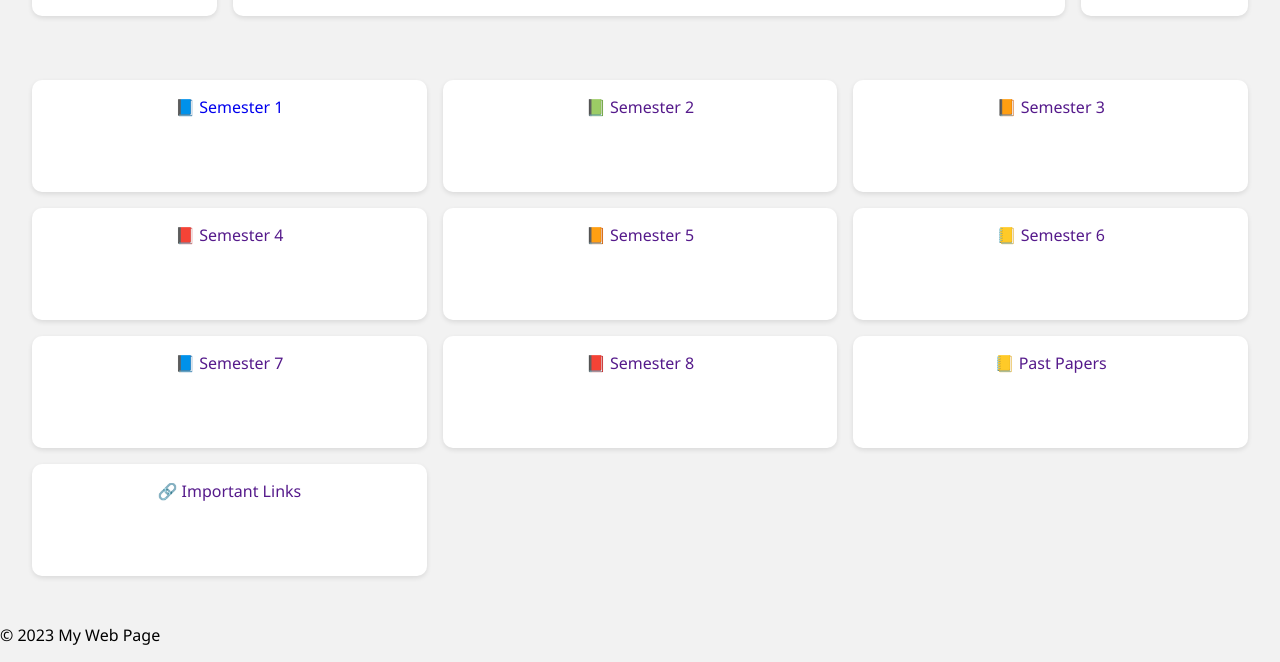
Repository: MariamSawera/eduNova
Page: index.html
These files come from the project's save history. The page is drawn as it stood at one moment and after the next save; the edit follows.
The browser window is 1280 px wide. The pictures show the part of the page from y = 1031 to 1693 px (the page is 1693 px tall).

Above is the page before, as saved 2025-07-21 17:15:44.

After the next save:
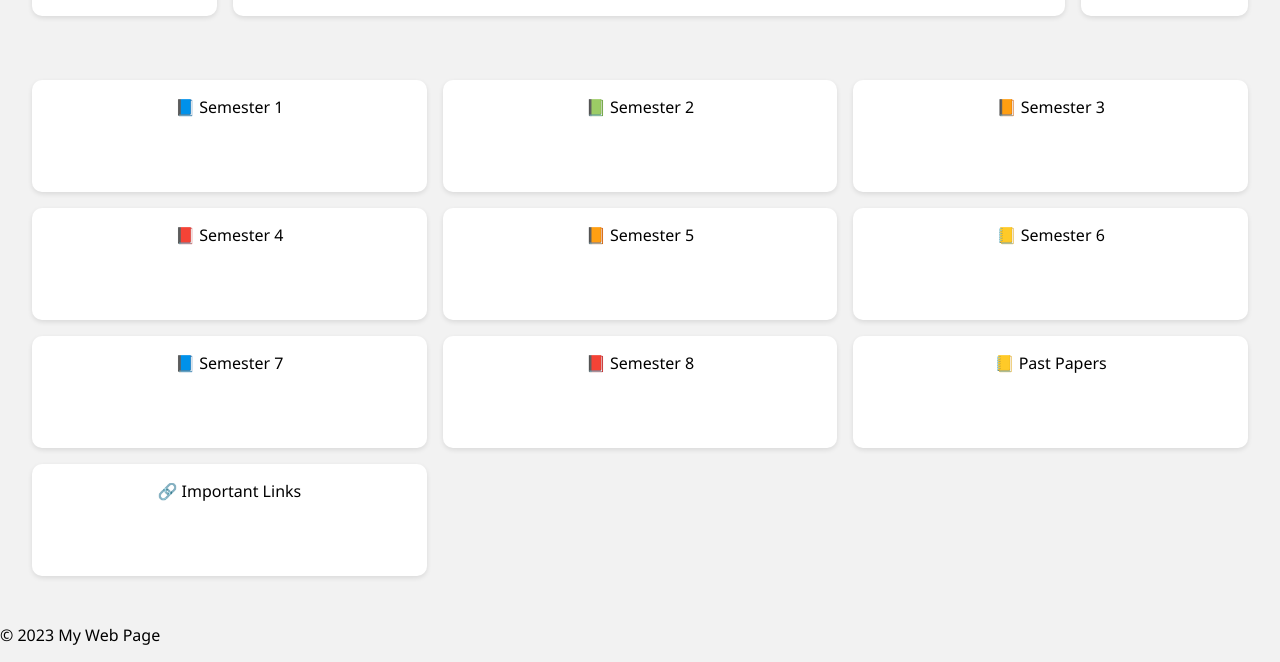
Saved 65 s later.
--- a/styles.css
+++ b/styles.css
@@ -20,6 +20,7 @@
 
     a {
         text-decoration: none;
+        color: inherit;
     }
     nav ul {
       list-style: none;
